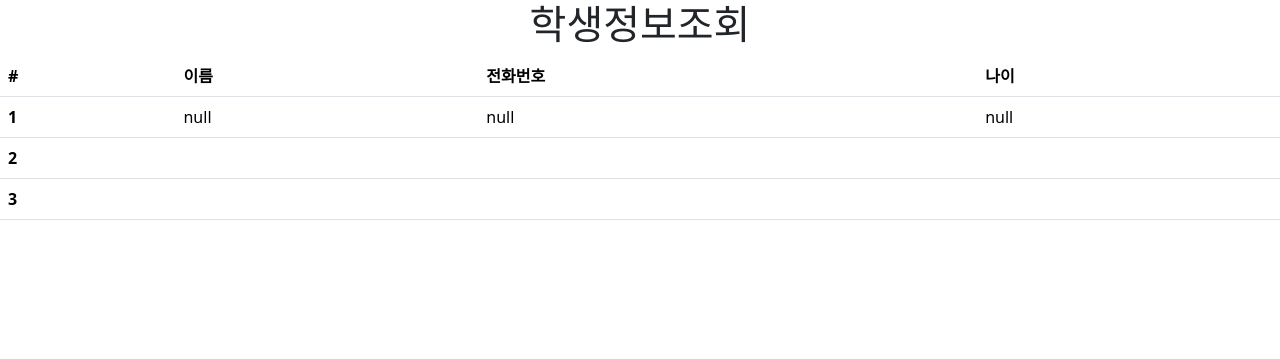
Repository: mi-ci/ai
Page: http://localhost/jsp01/ch06/student.jsp
These files come from the project's save history. The page is drawn as it stood at one moment and after the next save; the edit follows.
The browser window is 1280 px wide. The pictures show the whole page.
The page is served by Tomcat 9.

Above is the page before, as saved 2024-01-19 02:08:38.

After the next save:
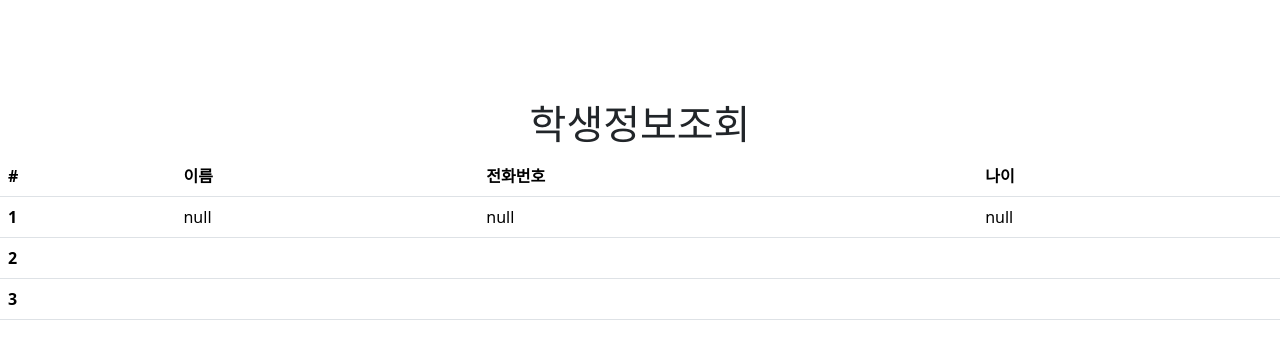
Saved 27 s later.
--- a/jsp01/src/main/webapp/ch06/student.jsp
+++ b/jsp01/src/main/webapp/ch06/student.jsp
@@ -7,6 +7,9 @@
 <title>Insert title here</title>
 <link href="https://cdn.jsdelivr.net/npm/bootstrap@5.3.2/dist/css/bootstrap.min.css" rel="stylesheet" integrity="sha384-T3c6CoIi6uLrA9TneNEoa7RxnatzjcDSCmG1MXxSR1GAsXEV/Dwwykc2MPK8M2HN" crossorigin="anonymous">
 <style>
+	body {
+		margin-top : 100px;
+	}
 	.title{
 		width : 100%;
 		margin: 0 auto;
